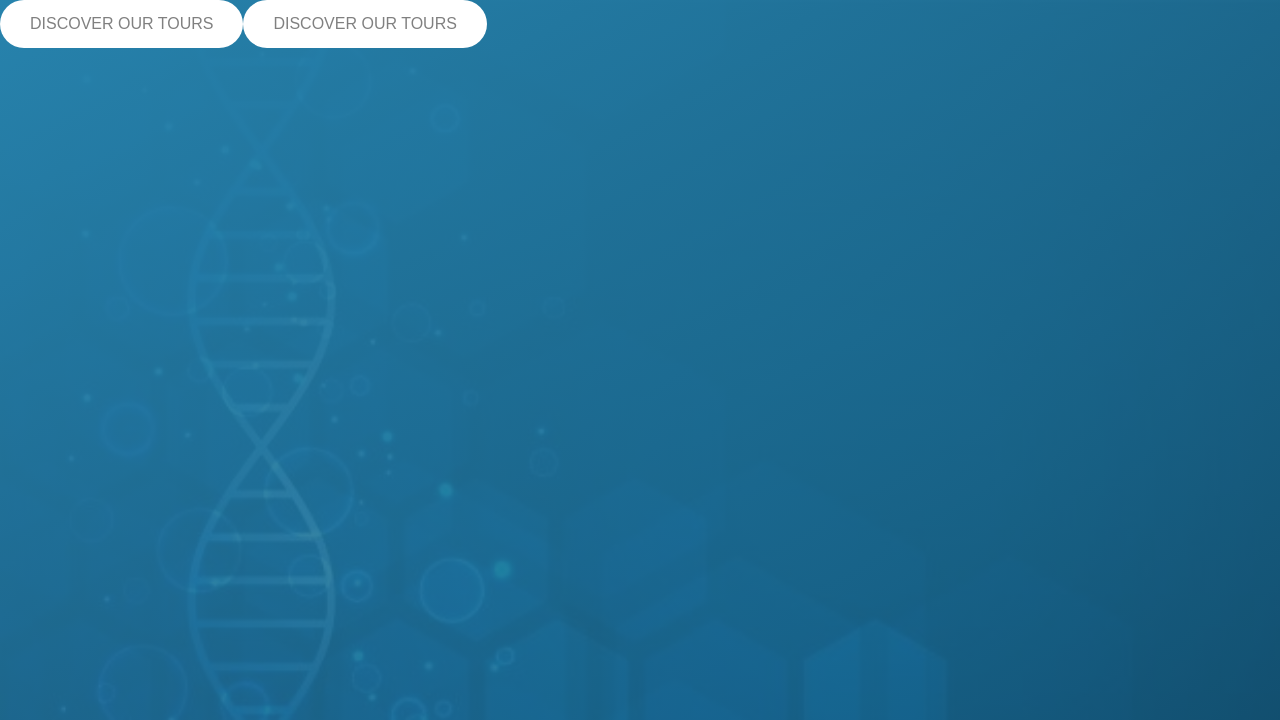
Repository: ajayaj2001/healthcare-digitization
Page: /
These files come from the project's save history. The page is drawn as it stood at one moment and after the next save; the edit follows.
The browser window is 1280 px wide. The pictures show the whole page.
The project was rebuilt for these pictures with package versions that can differ from the ones it lists, and the page was loaded fresh each time.

Above is the page before, as saved 2021-03-12 18:12:15.

After the next save:
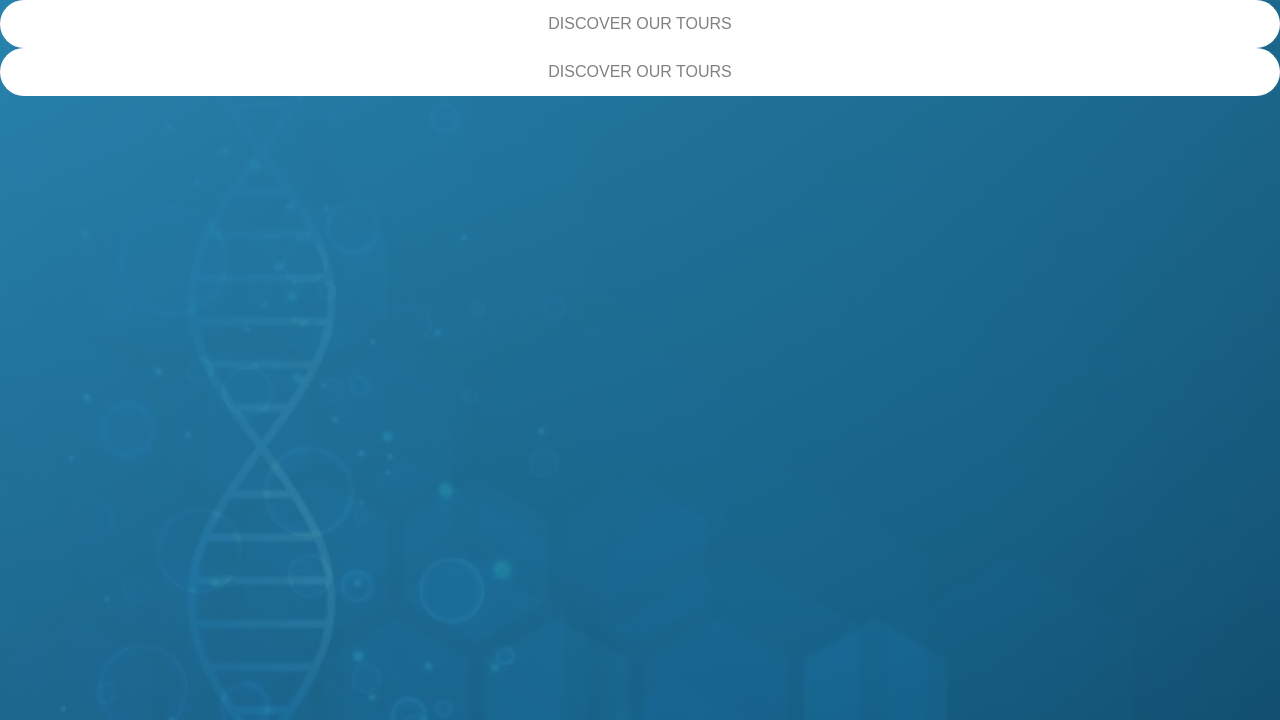
Saved 20 min 59 s later.
--- a/src/component/userType/UserType.scss
+++ b/src/component/userType/UserType.scss
@@ -68,3 +68,8 @@
         animation: moveInBottom 0.5s ease-out 0.75 backwards;
     }
 }
+
+.userType-buttons{
+    display: flex;
+    flex-direction: column;
+}

After the 2 saves that followed:
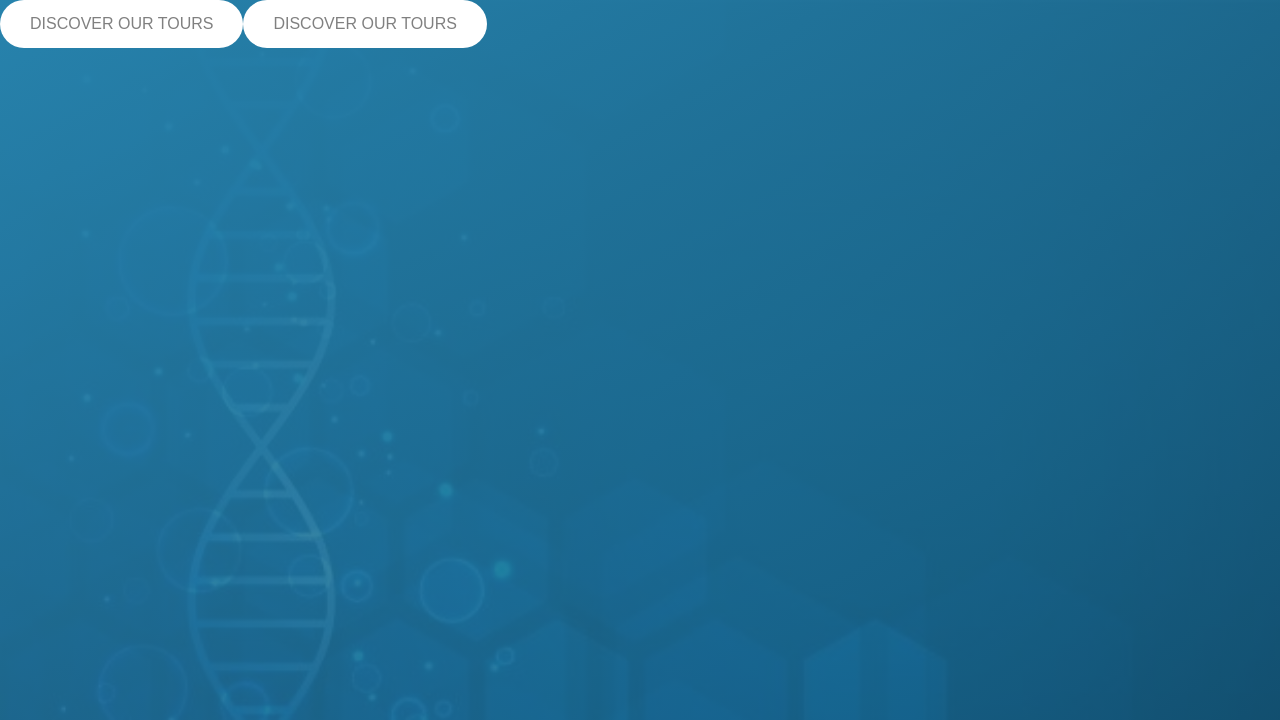
The 2 saves are shown as one change because they came seconds apart.
The last was saved 8 s later.
--- a/src/component/userType/UserType.scss
+++ b/src/component/userType/UserType.scss
@@ -71,5 +71,5 @@
 
 .userType-buttons{
     display: flex;
-    flex-direction: column;
+    flex-direction: row;
 }
